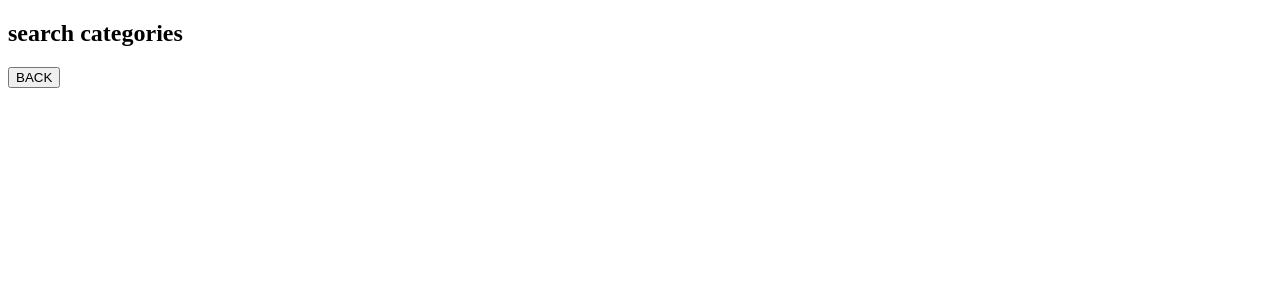
Repository: MIR013/KNU_DB_Project_Team5
Page: http://localhost/Databaase/search_category_large.jsp
The author's editor kept a copy of each file at every save. The page is drawn from the files as they stood at one save, then again after the next save.
The browser window is 1280 px wide. The pictures show the whole page.
The page is served by Tomcat 9.

Above is the page before, as saved 2018-11-15 12:14:21.

After the next save:
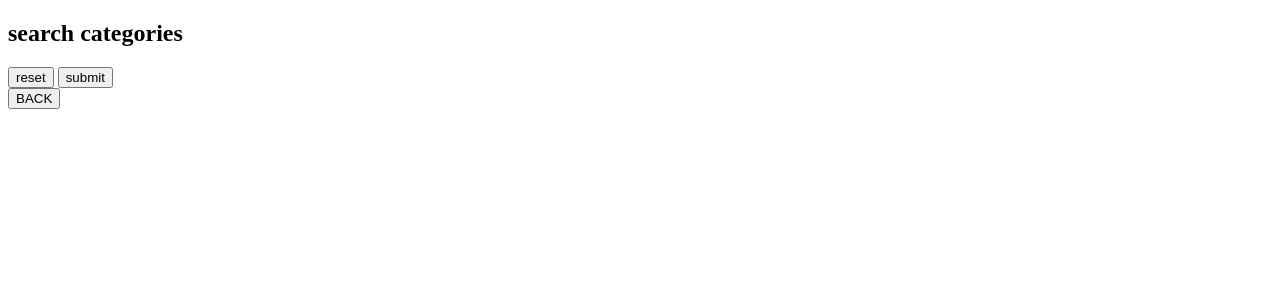
Saved 43 s later.
--- a/dbphase/Databaase/WebContent/search_category_large.jsp
+++ b/dbphase/Databaase/WebContent/search_category_large.jsp
@@ -36,7 +36,7 @@ conn.setAutoCommit(false);
 
 
 
-
+	out.print("<tr>	<td><input type=\"reset\" value=\"reset\"/> <input type=\"submit\" value=\"submit\"/> </td> </tr>");
 
 
 
